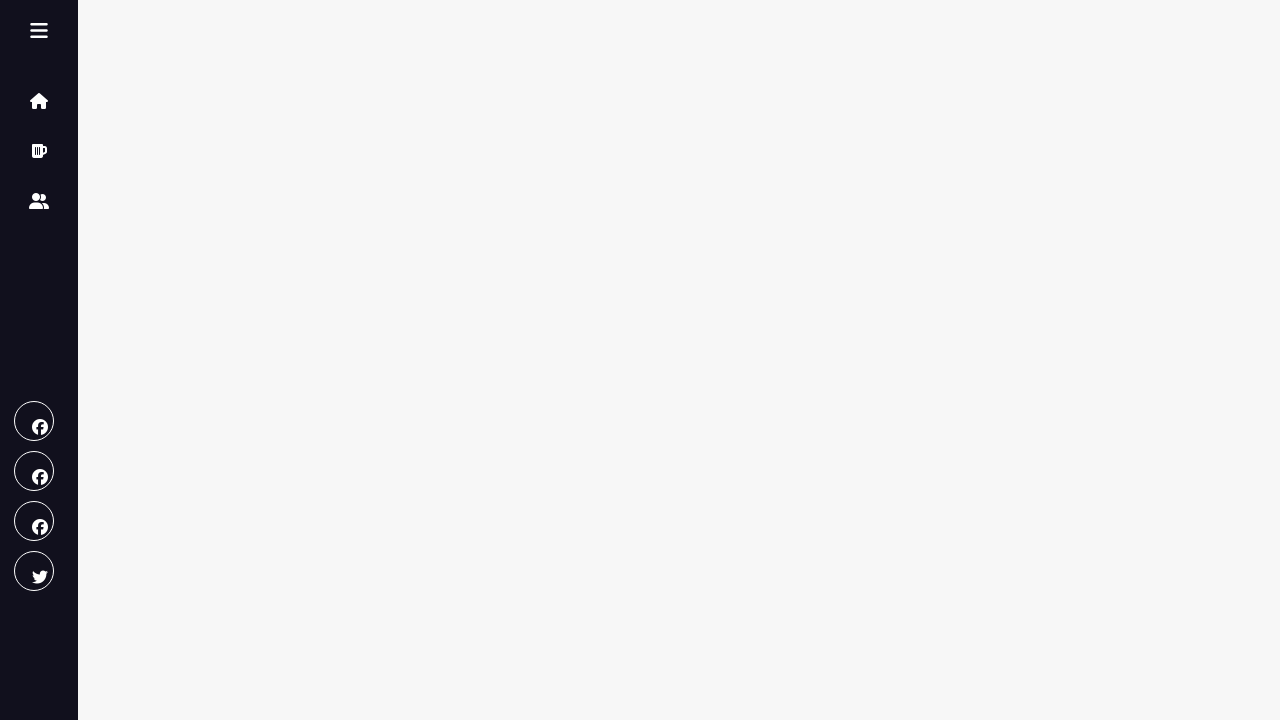
Repository: Nic98/MilkTeaWebsite
Page: mywebsite.html
The author's editor kept a copy of each file at every save. The page is drawn from the files as they stood at one save, then again after a run of saves.
The browser window is 1280 px wide. The pictures show the whole page.
Some web libraries are served in a nearby version.

Above is the page before, as saved 2024-05-28 23:09:24.

### mywebsite.html
<!DOCTYPE html>
<html lang="en">
<head>
  <meta charset="UTF-8">
  <meta name="viewport" content="width=device-width, initial-scale=1.0">
  <link rel="stylesheet" href="mywebsite.css">
  <script src="https://kit.fontawesome.com/2dbcf482c2.js" crossorigin="anonymous"></script>
  <!-- <script src="/sidebar.js"></script> -->
  <title>ComeBuyBooze</title>

</head>
<body>

  <!-- sidebar implementation -->
  <div class="sidebar workspace--flexchild1">
    <div class="logo_content">
        <div class="logo">
            <dive class="logo_name"> ComeBuyBooze </dive>
            <i class="fas fa-bars" id="btn"></i>
        </div>
    </div>

    <ul class="nav_list">
        <li>
            <a href="#">
                <i class="fas fa-home"></i>
                <span class="links_name">ComeBack</span>
            </a>
            <span class = "tooltip">ComeBack</span>
        </li>

        <li>
            <a href="#">
              <i class="fa-solid fa-beer-mug-empty"></i>
                <span class="links_name">Boozz</span>
            </a>
            <span class = "tooltip">Boozz</span>
        </li>

        <li>
          <a href="#">
              <i class="fas fa-user-friends"></i>
              <span class="links_name">Contact us</span>
          </a>
          <span class = "tooltip">Contacts us</span>
      </li>
    </ul>

    <ul class="contact_list">
      <li>
        <a href="#">
          <i class="fa-brands fa-facebook"></i>
        </a>
      </li>
      <li>
        <a href="#">
          <i class="fa-brands fa-facebook"></i>
        </a>
      </li>
      <li>
        <a href="#">
          <i class="fa-brands fa-facebook"></i>
        </a>
      </li>
      <li>
        <a href="#">
          <i class="fa-brands fa-twitter"></i>
        </a>
      </li>
    </ul>



</div>














  <script>
    let btn = document.querySelector("#btn");
    let sidebar = document.querySelector(".sidebar");

    btn.onclick = function() {
        sidebar.classList.toggle("active");
    }
  </script>
</body>
</html>

### mywebsite.css
@import url('https://fonts.googleapis.com/css2?family=Poppins:wght@200;300;400;500;600;700&display=swap');

body{
    margin: 0;
    font-family: "Poppins", sans-serif;
}

.flexbox{
    display: flex;
}

.columnflex{
    display: flex;
    flex-direction: column;
    justify-content: center;
}

#btn{
    cursor: pointer;
}

.btn--line{
    border: solid;
    border-width: 1px;
    color: white;
    background: none;
    border-radius: 50px;
    padding: 10px;
    padding-left: 20px;
    padding-right:20px;
    font-size: 18px;
    cursor: pointer;
}

.btn--solid{
    border: solid;
    border-width: 1px;
    border-radius: 50px;
    padding: 10px;
    padding-left: 20px;
    padding-right: 20px;
    font-size: 18px;
    cursor: pointer;
}

.btn--noborder{
    border: none;
    background: none;
}

.font--title{
    font-size: 30px;
}

.font--bold{
    font-weight: bolder;
}

.font--largrsize{
    font-size: 18px;
}

.login--input{
    border: solid 1px gray;
    font-size: 14px;
    padding: 8px;
    padding-left: 14px;
    width: 100%;
    border-radius: 50px;
    margin-top: 20px;
    box-sizing: border-box;
    box-shadow: 1px 1px 1px gray;
}

.btn--solid>*{
    text-decoration: none;
    color: white;
}

.btn--solid>*:hover{
    color: white;
    transition-duration: 0.5s;
}

:root{
  --lightgray: #F7F7F7;
  --darkblue: #032444;
}

*{
  margin:0;
  padding:0;
  box-sizing: border-box;
}

body {
  background-color: #F7F7F7;
  position: relative;
  min-height: 100vh;
  width: 100%;
  overflow:hidden;
}

/* sidebar */

.nav_list {
  padding-inline-start: 0%;
  list-style-type: none;
}

.sidebar {
  height:100%;
  position:absolute;
  top:0;
  left:0;
  width:78px;
  background-color: #11101d;
  padding:6px 14px;
  transition: all 0.5s ease;
}

.sidebar.active{
  width:240px;
}

.sidebar .logo_content .logo {
  color: #fff;
  display: flex;
  height: 50px;
  width: 100%;
  align-items: center;
  transition: all 0.5s ease;

}

.logo_content .logo i {
  font-size: 28px;
  margin-right: 5px;
}

.logo_content .logo .logo_name {
  font-size: 20px;
  font-weight: 400;
}

.sidebar #btn {
  color: #fff;
  position:absolute;
  left: 50%;
  top:6px;
  font-size: 20px;
  height:50px;
  width:50px;
  text-align: center;
  line-height: 50px;
  transform: translateX(-50%);
}

.sidebar.active #btn{
  left: 90%;
}

.sidebar ul {
  margin-top: 20px;

}
.sidebar ul li {
  list-style: none;
  height: 50px;
  width:100%;
  position:relative;
  margin: 0 0px;
  line-height: 50px;
}

.sidebar ul li .tooltip{
  position: absolute;
  left:122px;
  top:10%;
  transform: translate(-50%, -50%);
  text-align: center;
  border-radius: 6px;
  height:35px;
  width:122px;
  background: #fff;
  line-height: 35px;
  box-shadow: 0 5px 10px rgba(0,0,0,0.2);
  transition:0s;
  opacity: 0;
  pointer-events: none;
  z-index: 3000 !important;
}

.sidebar.active ul li .tooltip {
  display:none;
}

.sidebar ul li:hover .tooltip{
  transition: all 0.5s ease;
  opacity: 1;
  top:50%;
  z-index: 3;
}

.sidebar .nav_list li a {
  color: #fff;
  display: flex;
  align-items: center;
  text-decoration: none;
  transition: all 0.4s ease;
  border-radius: 6px;
  height:100%;
  white-space: nowrap;
}

.sidebar .nav_list li a:hover {
  color: #11101d;
  background: #fff;
  padding: 5px;
}

.sidebar .nav_list li i {
  height:50px;
  min-width: 50px;
  border-radius: 12px;
  line-height: 50px;
  text-align: center;
}

.sidebar .links_name{
  opacity: 0;
  pointer-events: none;
  transition: all 0.5s ease;
}

.sidebar.active .links_name {
  opacity: 1;
  pointer-events: auto;
}

.sidebar .logo_name {
  opacity: 0;
  pointer-events: none;
}

.sidebar.active .logo_name {
  opacity: 1;
  pointer-events: auto;
}

/* contact list */

/* .contact_list .links_name{
  opacity: 0;
  pointer-events: none;
  transition: all 0.5s ease;
}

.contact_list.active .links_name {
  opacity: 1;
  pointer-events: auto;
} */

.contact_list ul {
  display: flex;
  position: absolute;
  transform: translate(-50%, -50%);
}

.contact_list {
  padding-top: 250%;
  position: relative;
  top: 30px;
  padding-inline-start: 0%;
  list-style-type: none;
}

.contact_list li i {
  height:50px;
  min-width: 50px;
  line-height: 50px;
  border-radius: 12px;
  text-align: center;
}

.contact_list li a:hover {
  color: #11101d;
  background: #fff;
  /* padding-left:12px; */
}

.contact_list li a {
  width: 40px;
  height: 40px;
  color: #fff;
  text-align: center;
  overflow: hidden;
  position: relative;
  display:block;
  line-height: 1px;
  border-radius: 50%;
  transition: all 0.4s ease;
  white-space: nowrap;
  z-index: 1;
  border: 1px solid #fff
}

.sidebar.active .contact_list li i {
  height:50px;
  min-width: 50px;
  border-radius: 12px;
  line-height: 50px;
  text-align: center;
}

.sidebar.active .contact_list li a:hover {
  color: #11101d;
  background: #fff;
}









































/* .home_content {

  position: absolute;
  height: 100%;
  width: calc(100% - 78px);
  left:78px;
  transition: all 0.5s ease;

}

.home_content .text {
  font-size: 25px;
  font-weight: 500;
  color: #1d1b31;
  margin:12px;
}

.sidebar.active ~ .home_content {
  width: calc(100% - 240px);
  left:240px
} */



/* header

.workspaceheader--container{
  width: 100%;
  height: 50px;
  background-color: white;
  justify-content: space-between;
  padding-left: 18px;
  padding-right: 18px;
  box-shadow: 3px 3px 3px lightgray;



}

.searchbar--container{
  height: inherit;
  width: 40%;
  flex-direction: column;
  justify-content:center;
}

.searchbar--container>*{
  margin: 0;
}

.seachbar{
  max-width: 400px;
  padding: 4px;
  padding-left: 18px;
  box-shadow: none;
  border: solid 1px var(--lightgray);
  background: #FBFBFB;
}

.settingbar--container>*+*{
  margin-left: 16px;
}

.profilepic{
  height: 44px;
  width: 44px;
  border: solid 1px lightgray;
  border-radius: 50%;

}

.fa-moon, .fa-cog, .fa-bell{
  font-size: large;
}

.font--headerrole{
  font-size: small;

}

.headerName{
  margin-left: 22px;
}

.headerrole--container{
  flex-direction: row-reverse;
  justify-content: center;
}

.headerrole--container>*{
  margin: 0 !important;
  color: black;
}

.content-container{

  max-height: 100%;
  padding: 20px;

  width: 100%;
  overflow-y: scroll !important;

}

.content-container>*{
  z-index: 0;
} */

After the next 3 saves:
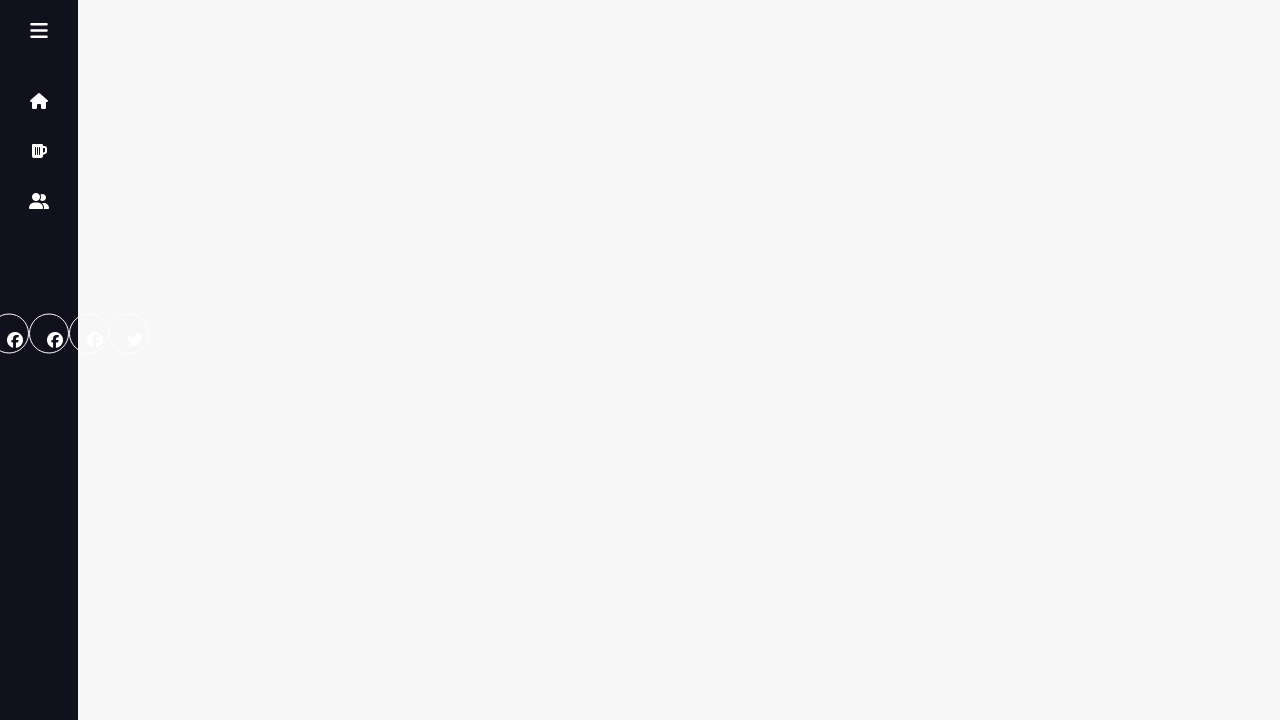
The 3 saves are shown as one change because they came seconds apart.
The last was saved 29 s later.
--- a/mywebsite.css
+++ b/mywebsite.css
@@ -261,13 +261,11 @@
   pointer-events: auto;
 } */
 
-.contact_list ul {
+
+.contact_list {
   display: flex;
   position: absolute;
   transform: translate(-50%, -50%);
-}
-
-.contact_list {
   padding-top: 250%;
   position: relative;
   top: 30px;
